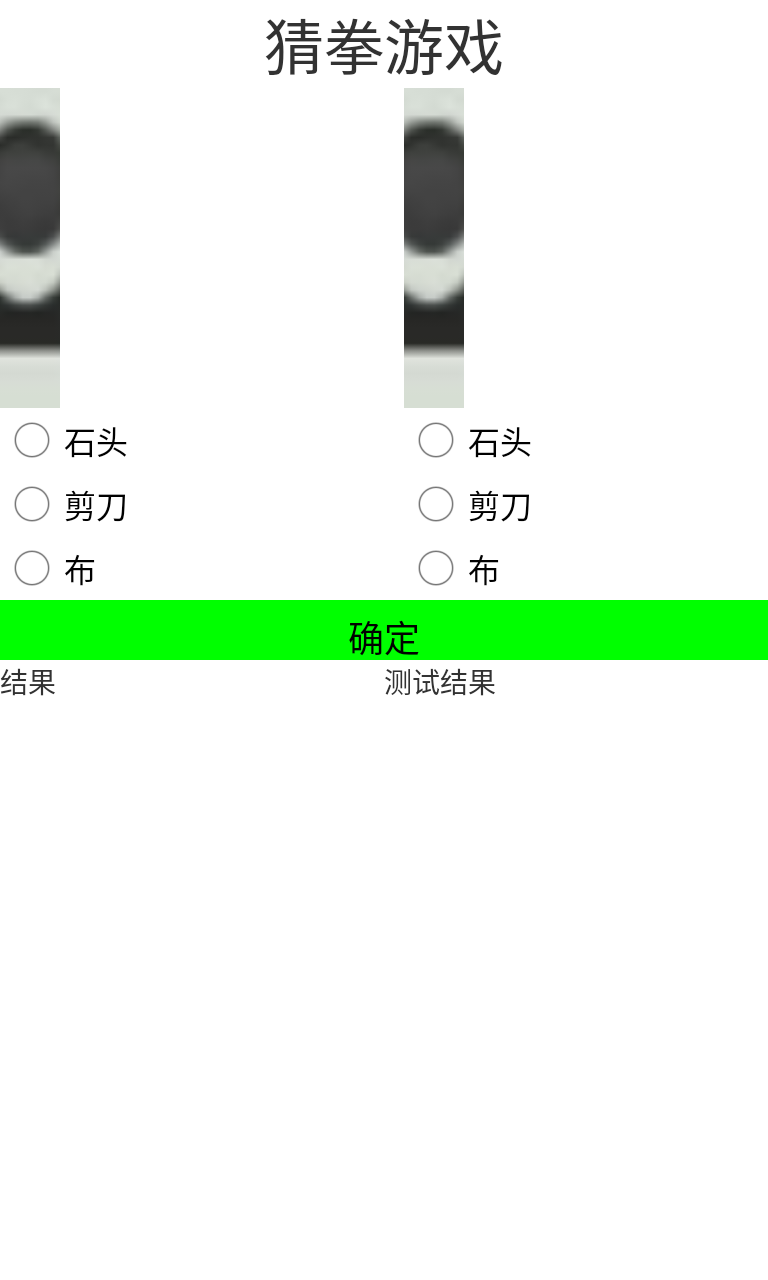
Repository: mrhanliang/Android_4.2
Layout: S01_E12_work/res/layout/activity_main.xml
The author's editor kept a copy of each file at every save. The layout is drawn from the files as they stood at one save, then again after the next save.
It is drawn on a 768 x 1280 px phone screen (xhdpi) without system bars, with theme AppTheme; the app's code is not run.

Above is the layout before, as saved 2015-12-01 15:18:24.

### S01_E12_work/res/layout/activity_main.xml
<LinearLayout xmlns:android="http://schemas.android.com/apk/res/android"
    xmlns:tools="http://schemas.android.com/tools"
    android:layout_width="match_parent"
    android:layout_height="match_parent"
    android:orientation="vertical"
    tools:context="cn.cqupt.s01_e12_work.MainActivity" >

    <TextView
        android:layout_width="match_parent"
        android:layout_height="wrap_content"
        android:gravity="center"
        android:text="猜拳游戏"
        android:textSize="30dp" />

    <LinearLayout
        android:layout_width="match_parent"
        android:layout_height="wrap_content"
        android:orientation="horizontal" >

        <LinearLayout
            android:layout_width="0dp"
            android:layout_height="wrap_content"
            android:layout_marginRight="20dp"
            android:layout_weight="1"
            android:orientation="vertical" >

            <ImageView
                android:layout_width="wrap_content"
                android:layout_height="160dp"
                android:scaleType="centerCrop"
                android:src="@drawable/q2" />

            <RadioGroup
                android:layout_width="wrap_content"
                android:layout_height="wrap_content"
                android:orientation="vertical" >

                <RadioButton
                    android:layout_width="wrap_content"
                    android:layout_height="wrap_content"
                    android:text="石头" />

                <RadioButton
                    android:layout_width="wrap_content"
                    android:layout_height="wrap_content"
                    android:text="剪刀" />

                <RadioButton
                    android:layout_width="wrap_content"
                    android:layout_height="wrap_content"
                    android:text="布" />
            </RadioGroup>
        </LinearLayout>

        <LinearLayout
            android:layout_width="0dp"
            android:layout_height="wrap_content"
            android:layout_weight="1"
            android:orientation="vertical" >

            <ImageView
                android:layout_width="wrap_content"
                android:layout_height="160dp"
                android:scaleType="centerCrop"
                android:src="@drawable/q2" />

            <RadioGroup
                android:layout_width="wrap_content"
                android:layout_height="wrap_content"
                android:orientation="vertical" >

                <RadioButton
                    android:layout_width="wrap_content"
                    android:layout_height="wrap_content"
                    android:text="石头" />

                <RadioButton
                    android:layout_width="wrap_content"
                    android:layout_height="wrap_content"
                    android:text="剪刀" />

                <RadioButton
                    android:layout_width="wrap_content"
                    android:layout_height="wrap_content"
                    android:text="布" />
            </RadioGroup>
        </LinearLayout>
    </LinearLayout>

    <Button
        android:layout_width="match_parent"
        android:layout_height="30dp"
        android:background="#00ff00"
        android:paddingLeft="8dp"
        android:paddingRight="8dp"
        android:paddingTop="5dp"
        android:text="确定" />

    <LinearLayout
        android:layout_width="match_parent"
        android:layout_height="wrap_content"
        android:orientation="horizontal" >

        <TextView
            android:layout_width="0dp"
            android:layout_height="wrap_content"
            android:layout_weight="1"
            android:text="结果" />

        <TextView
            android:layout_width="0dp"
            android:layout_height="wrap_content"
            android:layout_weight="1"
            android:text="测试结果" />
    </LinearLayout>

</LinearLayout>

Loaded but not shown: S01_E12_work/res/values/styles.xml (common file); S01_E12_work/res/values-v11/styles.xml (common file); S01_E12_work/res/values-v14/styles.xml (common file)

After the next save:
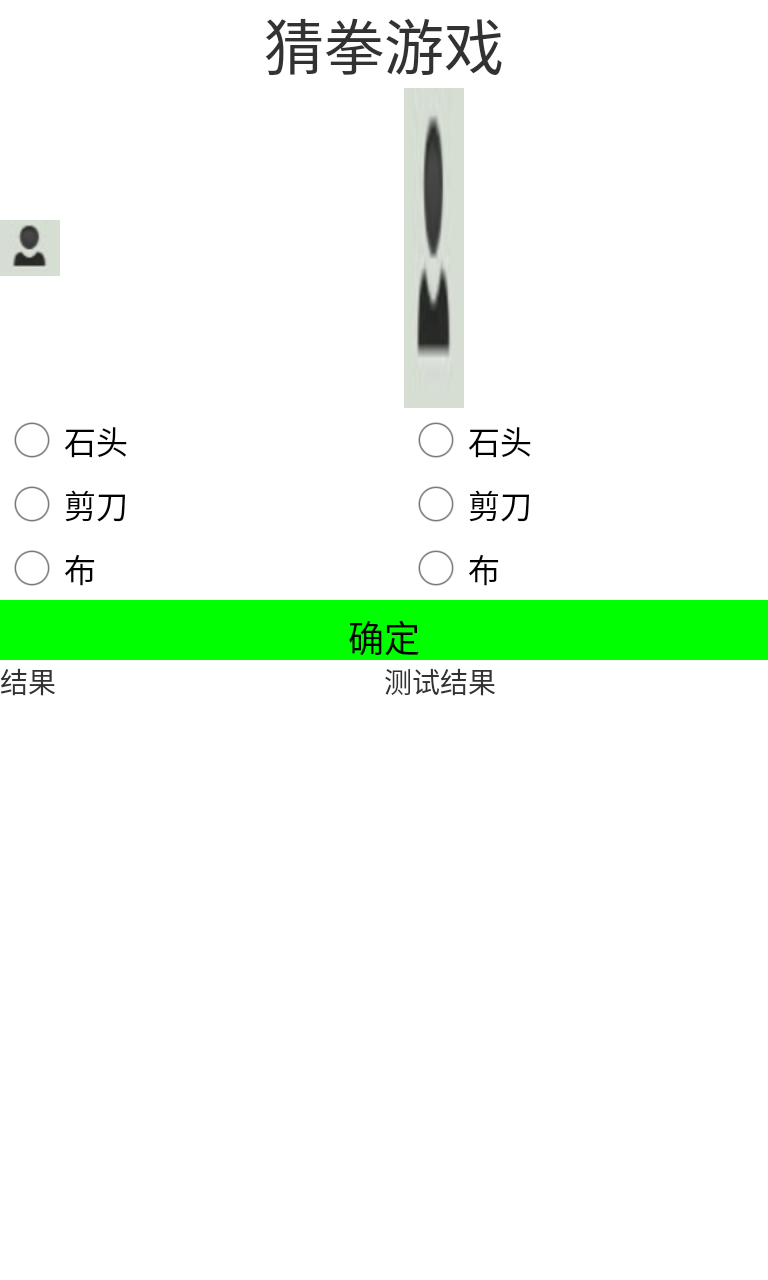
Saved 45 s later.
--- a/S01_E12_work/res/layout/activity_main.xml
+++ b/S01_E12_work/res/layout/activity_main.xml
@@ -27,7 +27,7 @@
             <ImageView
                 android:layout_width="wrap_content"
                 android:layout_height="160dp"
-                android:scaleType="centerCrop"
+                android:scaleType="fitCenter"
                 android:src="@drawable/q2" />
 
             <RadioGroup
@@ -61,7 +61,7 @@
             <ImageView
                 android:layout_width="wrap_content"
                 android:layout_height="160dp"
-                android:scaleType="centerCrop"
+                android:scaleType="fitXY"
                 android:src="@drawable/q2" />
 
             <RadioGroup
